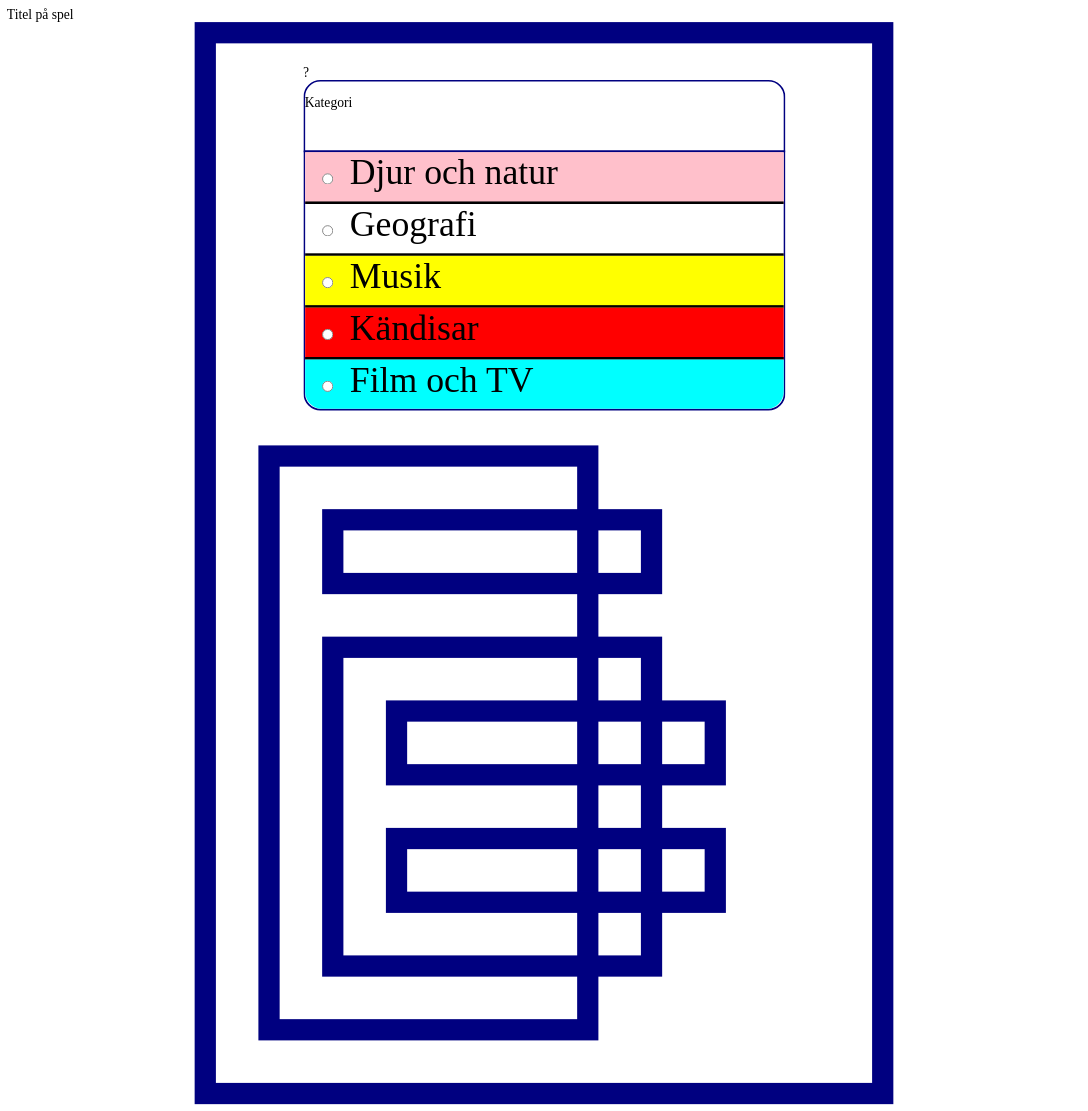
Repository: ed222gg/project2
Page: pages/start.html
The author's editor kept a record of every edit. The page is drawn from the files as they stood at one moment, then again after the next edit.
The browser window is 1280 px wide. The pictures show the whole page, at 85% of full size.

Above is the page before.

After the next edit:
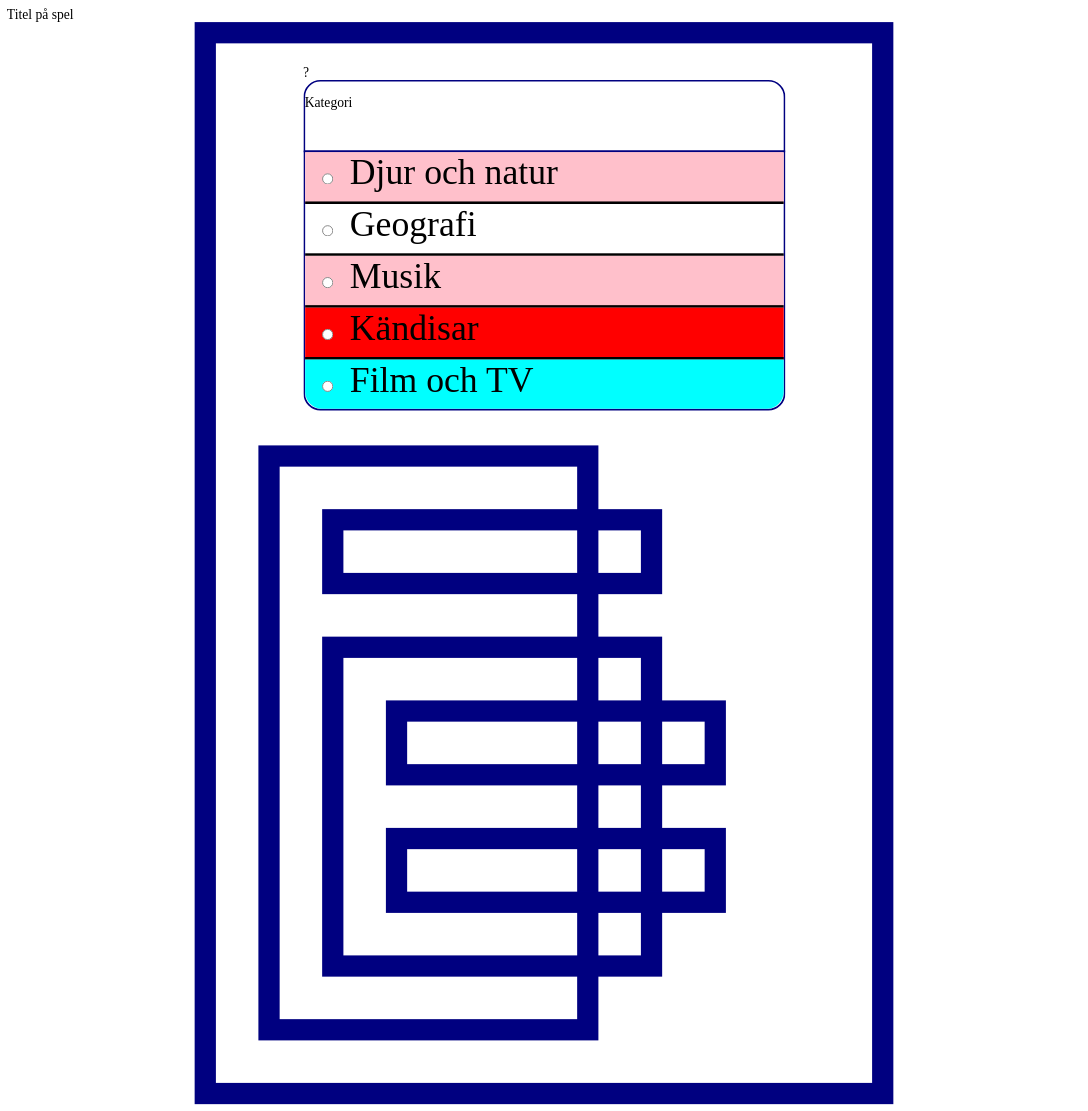
The edit:
--- a/css/style.css
+++ b/css/style.css
@@ -106,7 +106,7 @@
 }
 
 #li2{
-background-color:yellow;
+background-color:pink;
 border-bottom-style: solid;
 }
 
